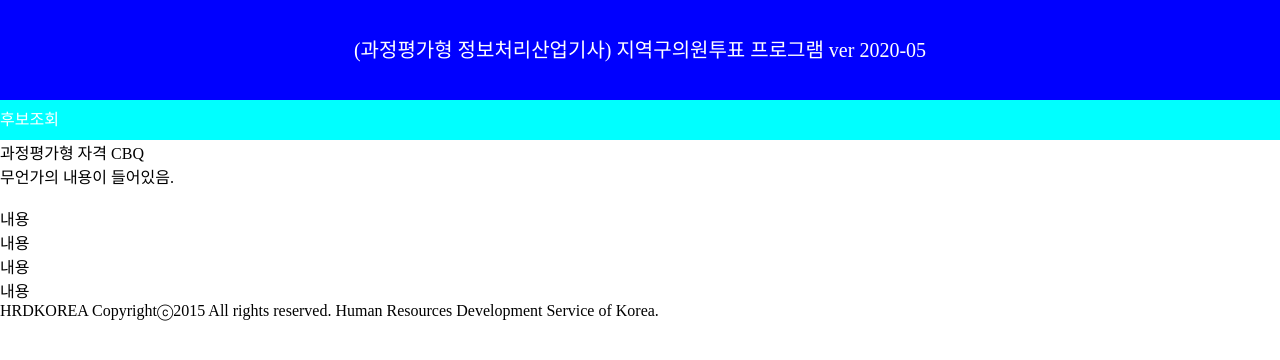
Repository: kayeunae/mvc-pattern
Page: http://localhost/VOTE_1234/
An editor plug-in stored every save of this project. The page is shown before and after the next save, followed by the edit.
The browser window is 1280 px wide. The pictures show the whole page.
The page is served by Tomcat 9. Other server files are loaded and not shown.

Above is the page before, as saved 2022-12-21 05:08:28.

### VOTE_1234/src/main/webapp/index.jsp
<%@ page language="java" contentType="text/html; charset=UTF-8"
    pageEncoding="UTF-8"%>
<!DOCTYPE html>
<html>
<head>
<meta charset="UTF-8">
<title>Insert title here</title>
<link rel="stylesheet" href="style.css">
</head>
<body>
	<%@ include file="topmenu.jsp" %>
	<section>
		<p>과정평가형 자격 CBQ</p>
		<span>무언가의 내용이 들어있음.</span> <br />
		<br />
		<ul>
			<li>내용</li>
			<li>내용</li>
			<li>내용</li>
			<li>내용</li>
		</ul>
	</section>
	<%@ include file="footer.jsp" %>
</body>
</html>

### VOTE_1234/src/main/webapp/topmenu.jsp
<%@ page language="java" contentType="text/html; charset=UTF-8"
    pageEncoding="UTF-8"%>
<!DOCTYPE html>
<html>
<head>
<meta charset="UTF-8">
<title>Insert title here</title>
</head>
<body>
	<header>(과정평가형 정보처리산업기사) 지역구의원투표 프로그램 ver 2020-05</header>
	<nav>
		<ul>
			<li><a href="member">후보조회</a></li>
			<li><a href="vote">투표하기</a></li>
			<li><a href="view">투표검수조회</a></li>
			<li><a href="result">후보자등수</a></li>
			<li><a href="home">홈으로</a></li>
		</ul>
	</nav>
</body>
</html>

### VOTE_1234/src/main/webapp/footer.jsp
<%@ page language="java" contentType="text/html; charset=UTF-8"
    pageEncoding="UTF-8"%>
<!DOCTYPE html>
<html>
<head>
<meta charset="UTF-8">
<title>Insert title here</title>
</head>
<body>
	<footer>
	HRDKOREA Copyrightⓒ2015 All rights reserved. Human Resources Development Service of Korea.
	</footer>

</body>
</html>

### VOTE_1234/src/main/webapp/style.css
@charset "UTF-8";

/*초기화 코드*/
* {
margin: 0;
padding: 0;
}

/*topmenu.jsp*/
header {
	top: 0;
	height: 100px;
	line-height: 100px;
	width: 100%;
	background: blue;
	text-align: center;
	font-size: 20px;
	color: white;
}

nav {
	height: 40px;
	line-height: 40px;
	width: 100%;
	background: aqua;
	overflow: hidden;
}

nav ul {
	list-style: none;
	float: left;
}

a {
	text-decoration: none;
	color: white;
}

After the next save:
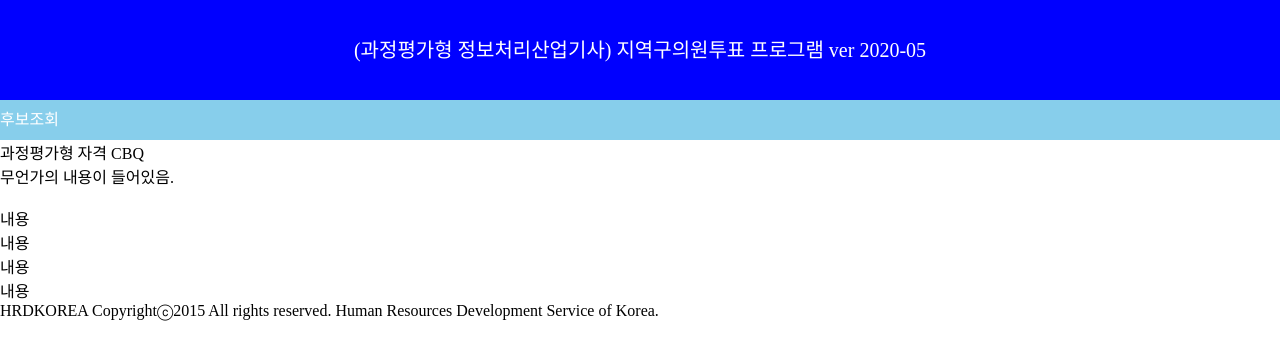
Saved 23 s later.
--- a/VOTE_1234/src/main/webapp/style.css
+++ b/VOTE_1234/src/main/webapp/style.css
@@ -22,7 +22,7 @@
 	height: 40px;
 	line-height: 40px;
 	width: 100%;
-	background: aqua;
+	background: skyblue;
 	overflow: hidden;
 }
 
